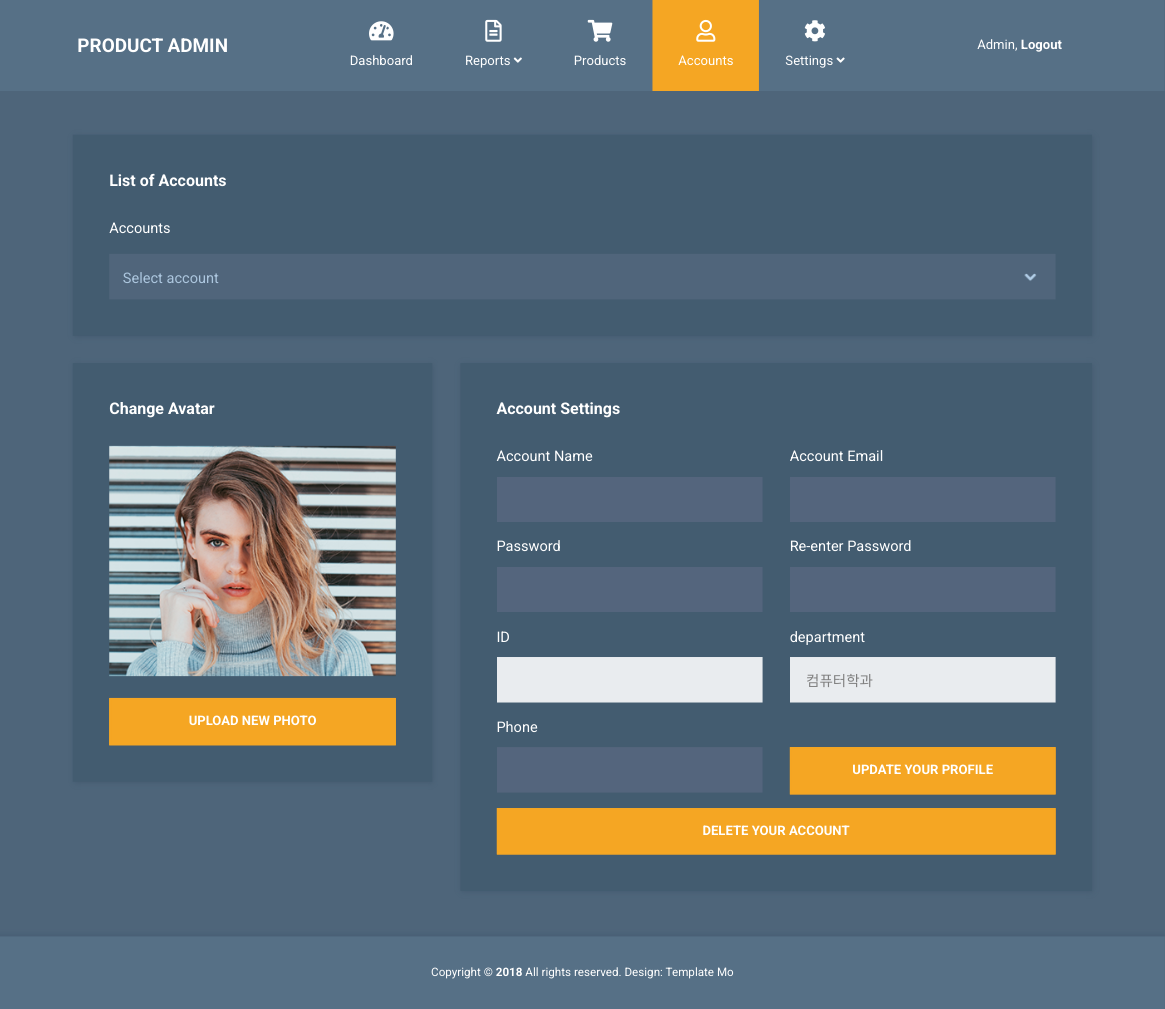
Repository: YJ-S2/2019-FaceAPI
Page: test1-master/web/123/WebContent/accounts.html
These files come from the project's save history. The page is drawn as it stood at one moment and after the next save; the edit follows.
The browser window is 1280 px wide. The pictures show the whole page, at 91% of full size.

Above is the page before, as saved 2019-08-07 06:09:20.

### test1-master/web/123/WebContent/accounts.html
<!DOCTYPE html>
<html lang="en">
  <head>
    <meta charset="UTF-8" />
    <meta name="viewport" content="width=device-width, initial-scale=1.0" />
    <meta http-equiv="X-UA-Compatible" content="ie=edge" />
    <title>Accounts - Product Admin Template</title>
    <link
      rel="stylesheet"
      href="https://fonts.googleapis.com/css?family=Roboto:400,700"
    />
    <!-- https://fonts.google.com/specimen/Roboto -->
    <link rel="stylesheet" href="css/fontawesome.min.css" />
    <!-- https://fontawesome.com/ -->
    <link rel="stylesheet" href="css/bootstrap.min.css" />
    <!-- https://getbootstrap.com/ -->
    <link rel="stylesheet" href="css/templatemo-style.css">
    <!--
	Product Admin CSS Template
	https://templatemo.com/tm-524-product-admin
	-->
	<style>
		.form-group1 input {
  color: gray;
}
	</style>
  </head>

  <body id="reportsPage">
    <div class="" id="home">
      <nav class="navbar navbar-expand-xl">
        <div class="container h-100">
          <a class="navbar-brand" href="index.html">
            <h1 class="tm-site-title mb-0">Product Admin</h1>
          </a>
          <button
            class="navbar-toggler ml-auto mr-0"
            type="button"
            data-toggle="collapse"
            data-target="#navbarSupportedContent"
            aria-controls="navbarSupportedContent"
            aria-expanded="false"
            aria-label="Toggle navigation"
          >
            <i class="fas fa-bars tm-nav-icon"></i>
          </button>

          <div class="collapse navbar-collapse" id="navbarSupportedContent">
            <ul class="navbar-nav mx-auto h-100">
              <li class="nav-item">
                <a class="nav-link" href="index.html">
                  <i class="fas fa-tachometer-alt"></i> Dashboard
                  <span class="sr-only">(current)</span>
                </a>
              </li>
              <li class="nav-item dropdown">
                <a
                  class="nav-link dropdown-toggle"
                  href="#"
                  id="navbarDropdown"
                  role="button"
                  data-toggle="dropdown"
                  aria-haspopup="true"
                  aria-expanded="false"
                >
                  <i class="far fa-file-alt"></i>
                  <span> Reports <i class="fas fa-angle-down"></i> </span>
                </a>
                <div class="dropdown-menu" aria-labelledby="navbarDropdown">
                  <a class="dropdown-item" href="#">Daily Report</a>
                  <a class="dropdown-item" href="#">Weekly Report</a>
                  <a class="dropdown-item" href="#">Yearly Report</a>
                </div>
              </li>
              <li class="nav-item">
                <a class="nav-link" href="products.html">
                  <i class="fas fa-shopping-cart"></i> Products
                </a>
              </li>

              <li class="nav-item">
                <a class="nav-link active" href="accounts.html">
                  <i class="far fa-user"></i> Accounts
                </a>
              </li>
              <li class="nav-item dropdown">
                <a
                  class="nav-link dropdown-toggle"
                  href="#"
                  id="navbarDropdown"
                  role="button"
                  data-toggle="dropdown"
                  aria-haspopup="true"
                  aria-expanded="false"
                >
                  <i class="fas fa-cog"></i>
                  <span> Settings <i class="fas fa-angle-down"></i> </span>
                </a>
                <div class="dropdown-menu" aria-labelledby="navbarDropdown">
                  <a class="dropdown-item" href="#">Profile</a>
                  <a class="dropdown-item" href="#">Billing</a>
                  <a class="dropdown-item" href="#">Customize</a>
                </div>
              </li>
            </ul>
            <ul class="navbar-nav">
              <li class="nav-item">
                <a class="nav-link d-block" href="login.html">
                  Admin, <b>Logout</b>
                </a>
              </li>
            </ul>
          </div>
        </div>
      </nav>
      <div class="container mt-5">
        <div class="row tm-content-row">
          <div class="col-12 tm-block-col">
            <div class="tm-bg-primary-dark tm-block tm-block-h-auto">
              <h2 class="tm-block-title">List of Accounts</h2>
              <p class="text-white">Accounts</p>
              <select class="custom-select">
                <option value="0">Select account</option>
                <option value="1">Admin</option>
                <option value="2">Editor</option>
                <option value="3">Merchant</option>
                <option value="4">Customer</option>
              </select>
            </div>
          </div>
        </div>
        <!-- row -->
        <div class="row tm-content-row">
          <div class="tm-block-col tm-col-avatar">
            <div class="tm-bg-primary-dark tm-block tm-block-avatar">
              <h2 class="tm-block-title">Change Avatar</h2>
              <div class="tm-avatar-container">
                <img
                  src="img/avatar.png"
                  alt="Avatar"
                  class="tm-avatar img-fluid mb-4"
                />
                <a href="#" class="tm-avatar-delete-link">
                  <i class="far fa-trash-alt tm-product-delete-icon"></i>
                </a>
              </div>
              <button class="btn btn-primary btn-block text-uppercase">
                Upload New Photo
              </button>
            </div>
          </div>
          <div class="tm-block-col tm-col-account-settings">
            <div class="tm-bg-primary-dark tm-block tm-block-settings">
              <h2 class="tm-block-title">Account Settings</h2>
              <form action="" class="tm-signup-form row">
                <div class="form-group col-lg-6">
                  <label for="name">Account Name</label>
                  <input
                    id="name"
                    name="name"
                    type="text"
                    class="form-control validate"
                  />
                </div>
                <div class="form-group col-lg-6">
                  <label for="email">Account Email</label>
                  <input
                    id="email"
                    name="email"
                    type="email"
                    class="form-control validate"
                  />
                </div>
                <div class="form-group col-lg-6">
                  <label for="password">Password</label>
                  <input
                    id="password"
                    name="password"
                    type="password"
                    class="form-control validate"
                  />
                </div>
                <div class="form-group col-lg-6">
                  <label for="password2">Re-enter Password</label>
                  <input
                    id="password2"
                    name="password2"
                    type="password"
                    class="form-control validate"
                  />
                </div>
                <div class="form-group col-lg-6">
                  <label for="id">ID</label>
                  <input
                    id="id"
                    name="id"
                    type="text"
                    class="form-control validate"
                    disabled
                  />
                </div>
                <div class="form-group form-group1 col-lg-6">
                  <label for="department">department</label>
                  <input
                    id="department"
                    name="department"
                    type="text"
                    class="form-control validate"
                    value="컴퓨터학과"
                    disabled
                  />
                </div>
                <div class="form-group col-lg-6">
                  <label for="phone">Phone</label>
                  <input
                    id="phone"
                    name="phone"
                    type="tel"
                    class="form-control validate"
                  />
                </div>
                <div class="form-group col-lg-6">
                  <label class="tm-hide-sm">&nbsp;</label>
                  <button
                    type="submit"
                    class="btn btn-primary btn-block text-uppercase"
                  >
                    Update Your Profile
                  </button>
                </div>
                <div class="col-12">
                  <button
                    type="submit"
                    class="btn btn-primary btn-block text-uppercase"
                  >
                    Delete Your Account
                  </button>
                </div>
              </form>
            </div>
          </div>
        </div>
      </div>
      <footer class="tm-footer row tm-mt-small">
        <div class="col-12 font-weight-light">
          <p class="text-center text-white mb-0 px-4 small">
            Copyright &copy; <b>2018</b> All rights reserved.

            Design: <a rel="nofollow noopener" href="https://templatemo.com" class="tm-footer-link">Template Mo</a>
          </p>
        </div>
      </footer>
    </div>

    <script src="js/jquery-3.3.1.min.js"></script>
    <!-- https://jquery.com/download/ -->
    <script src="js/bootstrap.min.js"></script>
    <!-- https://getbootstrap.com/ -->
  </body>
</html>

Loaded but not shown: test1-master/web/123/WebContent/css/fontawesome.min.css (library); test1-master/web/123/WebContent/css/bootstrap.min.css (library); test1-master/web/123/WebContent/js/jquery-3.3.1.min.js (library); test1-master/web/123/WebContent/js/bootstrap.min.js (library); test1-master/web/123/WebContent/css/templatemo-style.css (709 lines, source omitted)

After the next save:
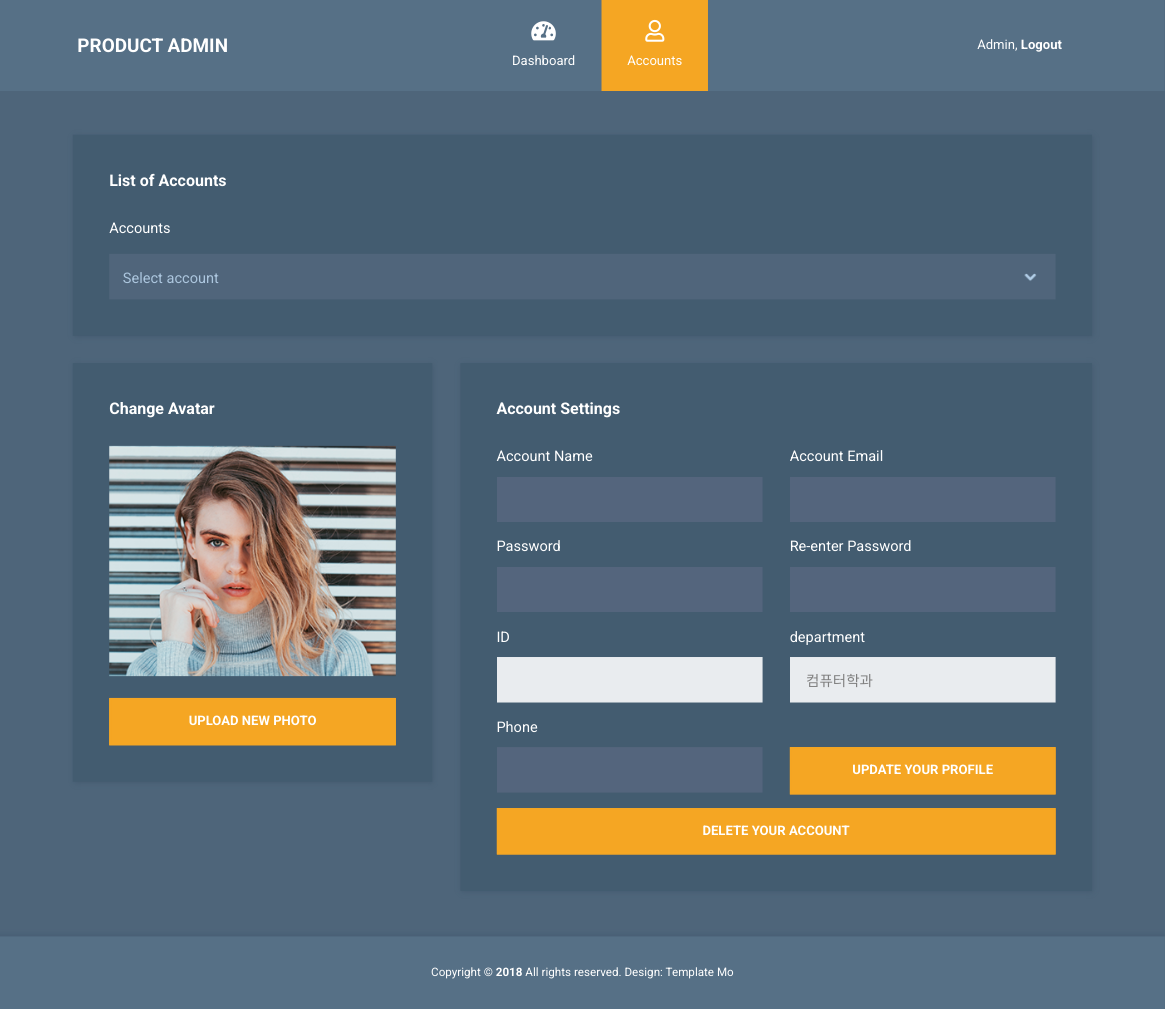
Saved 6 min 51 s later.
--- a/test1-master/web/123/WebContent/accounts.html
+++ b/test1-master/web/123/WebContent/accounts.html
@@ -53,55 +53,13 @@
                   <span class="sr-only">(current)</span>
                 </a>
               </li>
-              <li class="nav-item dropdown">
-                <a
-                  class="nav-link dropdown-toggle"
-                  href="#"
-                  id="navbarDropdown"
-                  role="button"
-                  data-toggle="dropdown"
-                  aria-haspopup="true"
-                  aria-expanded="false"
-                >
-                  <i class="far fa-file-alt"></i>
-                  <span> Reports <i class="fas fa-angle-down"></i> </span>
-                </a>
-                <div class="dropdown-menu" aria-labelledby="navbarDropdown">
-                  <a class="dropdown-item" href="#">Daily Report</a>
-                  <a class="dropdown-item" href="#">Weekly Report</a>
-                  <a class="dropdown-item" href="#">Yearly Report</a>
-                </div>
-              </li>
-              <li class="nav-item">
-                <a class="nav-link" href="products.html">
-                  <i class="fas fa-shopping-cart"></i> Products
-                </a>
-              </li>
 
               <li class="nav-item">
                 <a class="nav-link active" href="accounts.html">
                   <i class="far fa-user"></i> Accounts
                 </a>
               </li>
-              <li class="nav-item dropdown">
-                <a
-                  class="nav-link dropdown-toggle"
-                  href="#"
-                  id="navbarDropdown"
-                  role="button"
-                  data-toggle="dropdown"
-                  aria-haspopup="true"
-                  aria-expanded="false"
-                >
-                  <i class="fas fa-cog"></i>
-                  <span> Settings <i class="fas fa-angle-down"></i> </span>
-                </a>
-                <div class="dropdown-menu" aria-labelledby="navbarDropdown">
-                  <a class="dropdown-item" href="#">Profile</a>
-                  <a class="dropdown-item" href="#">Billing</a>
-                  <a class="dropdown-item" href="#">Customize</a>
-                </div>
-              </li>
+
             </ul>
             <ul class="navbar-nav">
               <li class="nav-item">
